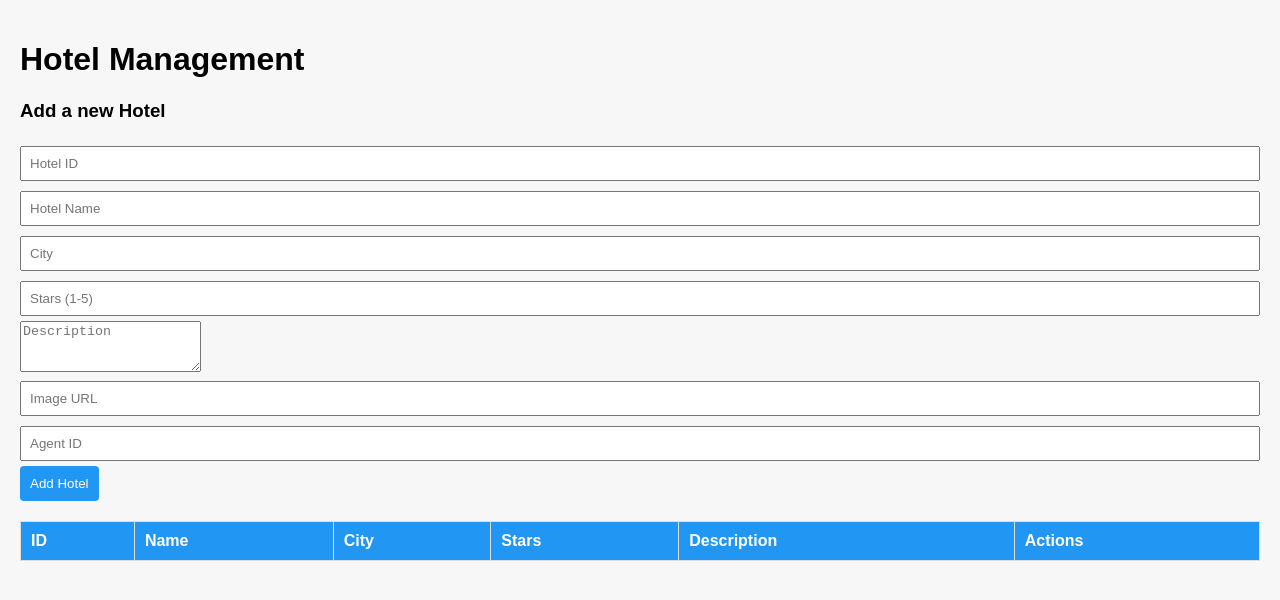
Repository: Trikisalem/examentp_jakarta
Page: http://localhost/hotel/admin/hotel.jsp
These files come from the project's save history. The page is drawn as it stood at one moment and after the next save; the edit follows.
The browser window is 1280 px wide. The pictures show the whole page.
The page is served by Tomcat 10. Nobody is signed in. The application's start-up code is not run. Queries for data that is not in the repository find no rows.

Above is the page before, as saved 2024-12-17 10:28:26.

After the next save:
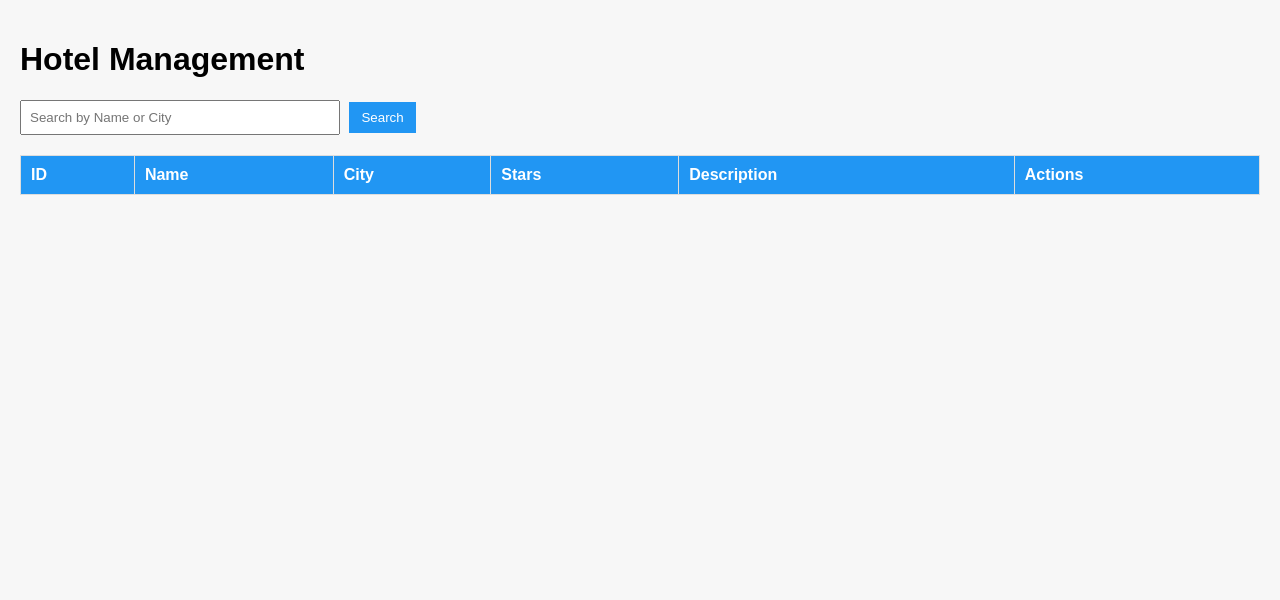
Saved 6 min 44 s later.
--- a/hotel/src/main/webapp/admin/hotel.jsp
+++ b/hotel/src/main/webapp/admin/hotel.jsp
@@ -39,110 +39,39 @@
         .btn:hover {
             background-color: #0b7dda;
         }
-        .form-container {
+        .search-container {
             margin: 20px 0;
         }
-        .form-container input {
-            margin: 5px 0;
+        .search-container input {
             padding: 8px;
-            width: 100%;
-            box-sizing: border-box;
+            width: 300px;
+            margin-right: 5px;
         }
-        .form-container button {
+        .search-container button {
             background-color: #2196F3;
             color: white;
-            padding: 10px;
+            padding: 8px 12px;
             border: none;
-            border-radius: 4px;
             cursor: pointer;
         }
-        .form-container button:hover {
+        .search-container button:hover {
             background-color: #0b7dda;
         }
     </style>
-    <script>
-        function showAlert(message) {
-            alert(message);
-        }
-    </script>
 </head>
 <body>
 
 <h1>Hotel Management</h1>
 
-<!-- Formulaire pour ajouter un hôtel -->
-<div class="form-container">
-    <form method="post" action="hotel.jsp">
-        <h3>Add a new Hotel</h3>
-        <input type="number" name="id" placeholder="Hotel ID" required> <!-- Nouveau champ ID -->
-        <input type="text" name="name" placeholder="Hotel Name" required>
-        <input type="text" name="city" placeholder="City" required>
-        <input type="number" name="stars" placeholder="Stars (1-5)" min="1" max="5" required>
-        <textarea name="description" placeholder="Description" rows="3" required></textarea>
-        <input type="text" name="image" placeholder="Image URL" required>
-        <input type="number" name="agent_id" placeholder="Agent ID">
-
-        <button type="submit">Add Hotel</button>
+<!-- Formulaire de recherche -->
+<div class="search-container">
+    <form method="get" action="hotel.jsp">
+        <input type="text" name="search" placeholder="Search by Name or City" value="<%= request.getParameter("search") != null ? request.getParameter("search") : "" %>">
+        <button type="submit">Search</button>
     </form>
 </div>
 
-<%
-    if ("POST".equalsIgnoreCase(request.getMethod())) {
-        String idStr = request.getParameter("id");
-        String name = request.getParameter("name");
-        String city = request.getParameter("city");
-        String starsStr = request.getParameter("stars");
-        String description = request.getParameter("description");
-        String image = request.getParameter("image");
-        String agentIdStr = request.getParameter("agent_id");
-
-        if (idStr == null || idStr.trim().isEmpty()) {
-            out.println("<p>Error: Hotel ID is required.</p>");
-            return;
-        }
-
-        int id = Integer.parseInt(idStr);
-        int stars = Integer.parseInt(starsStr);
-        int agentId = (agentIdStr != null && !agentIdStr.trim().isEmpty()) ? Integer.parseInt(agentIdStr) : 0;
-
-        String url = "jdbc:mysql://localhost:3306/hotel_management";
-        String user = "root";
-        String password = "triki";
-        Connection conn = null;
-        PreparedStatement stmt = null;
-
-        try {
-            Class.forName("com.mysql.cj.jdbc.Driver");
-            conn = DriverManager.getConnection(url, user, password);
-
-            String insertQuery = "INSERT INTO Hotel (id, name, city, stars, description, image, agent_id) VALUES (?, ?, ?, ?, ?, ?, ?)";
-            stmt = conn.prepareStatement(insertQuery);
-            stmt.setInt(1, id);
-            stmt.setString(2, name);
-            stmt.setString(3, city);
-            stmt.setInt(4, stars);
-            stmt.setString(5, description);
-            stmt.setString(6, image);
-            stmt.setInt(7, agentId);
-
-            int result = stmt.executeUpdate();
-            if (result > 0) {
-                out.println("<script>showAlert('Hotel added successfully!');</script>");
-            } else {
-                out.println("<p>Error adding hotel.</p>");
-            }
-
-        } catch (Exception e) {
-            e.printStackTrace();
-            out.println("<p>Error: " + e.getMessage() + "</p>");
-        } finally {
-            if (stmt != null) try { stmt.close(); } catch (SQLException e) {}
-            if (conn != null) try { conn.close(); } catch (SQLException e) {}
-        }
-    }
-%>
-
-<!-- Table pour afficher et gérer les hôtels -->
+<!-- Table pour afficher les hôtels -->
 <table>
     <thead>
         <tr>
@@ -156,22 +85,33 @@
     </thead>
     <tbody>
         <%
-            // Connexion à la base de données
             String url = "jdbc:mysql://localhost:3306/hotel_management";
             String user = "root";
             String password = "triki";
-
             Connection conn = null;
             PreparedStatement stmt = null;
             ResultSet rs = null;
+
+            // Récupérer le critère de recherche
+            String searchParam = request.getParameter("search");
+            String query;
 
             try {
                 Class.forName("com.mysql.cj.jdbc.Driver");
                 conn = DriverManager.getConnection(url, user, password);
 
-                // Récupérer la liste des hôtels
-                String query = "SELECT * FROM Hotel";
-                stmt = conn.prepareStatement(query);
+                if (searchParam != null && !searchParam.trim().isEmpty()) {
+                    // Requête filtrée si un critère est fourni
+                    query = "SELECT * FROM Hotel WHERE name LIKE ? OR city LIKE ?";
+                    stmt = conn.prepareStatement(query);
+                    stmt.setString(1, "%" + searchParam + "%");
+                    stmt.setString(2, "%" + searchParam + "%");
+                } else {
+                    // Requête par défaut sans filtre
+                    query = "SELECT * FROM Hotel";
+                    stmt = conn.prepareStatement(query);
+                }
+
                 rs = stmt.executeQuery();
 
                 while (rs.next()) {
@@ -180,7 +120,6 @@
                     String city = rs.getString("city");
                     int stars = rs.getInt("stars");
                     String description = rs.getString("description");
-
         %>
         <tr>
             <td><%= id %></td>
